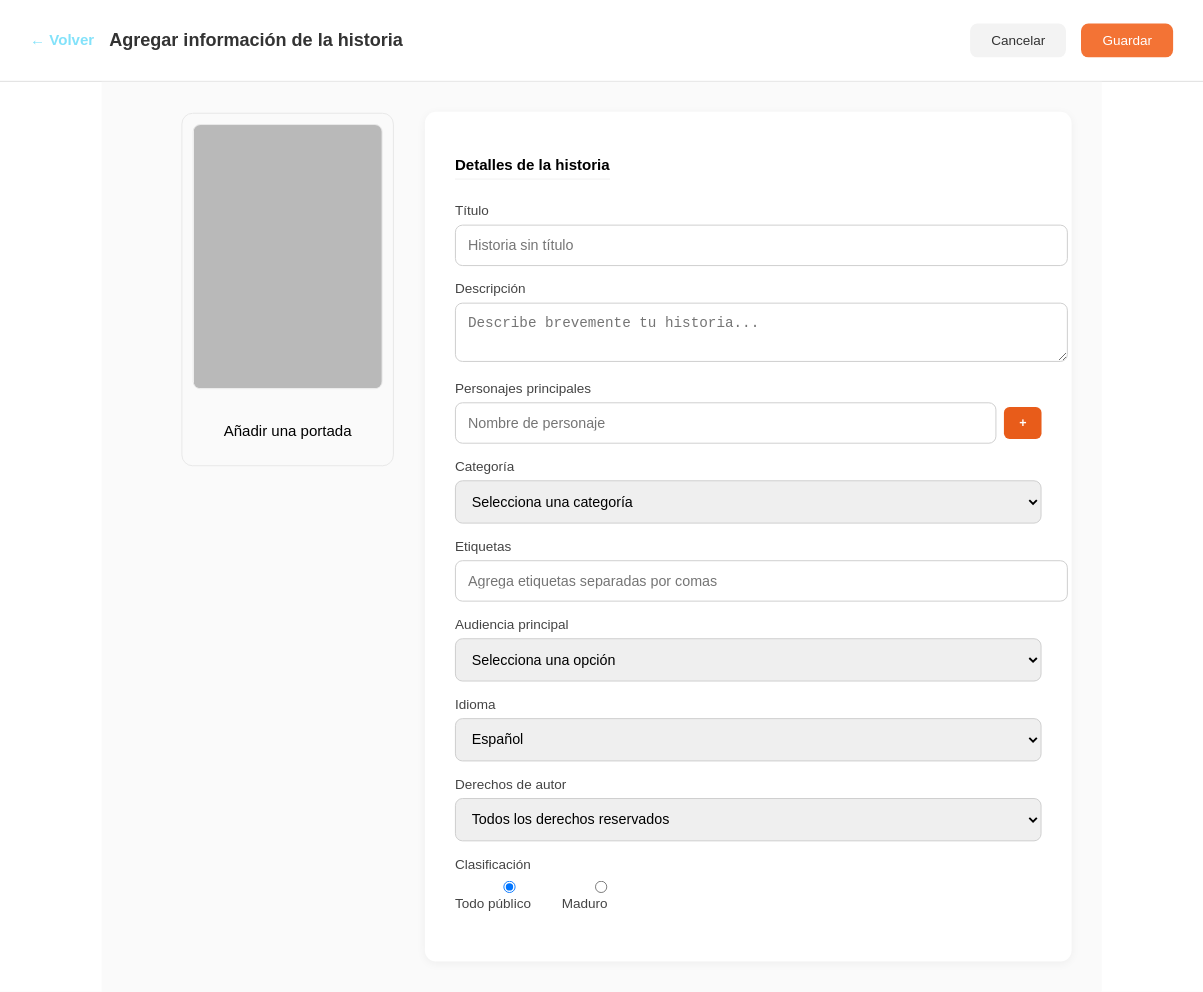
Repository: Mellowdarkl/willpig_studio
Page: .env/html_backup/indexCreti.html
These files come from the project's save history. The page is drawn as it stood at one moment and after the next save; the edit follows.
The browser window is 1280 px wide. The pictures show the whole page, at 94% of full size.
The pointer rests on the first visible `.btn-add`.
Pictures or frames that could not be fetched are drawn as grey boxes.

Above is the page before, as saved 2025-11-11 13:24:07.

### .env/html_backup/indexCreti.html
<!DOCTYPE html>
<html lang="es">
<head>
  <meta charset="UTF-8" />
  <meta name="viewport" content="width=device-width, initial-scale=1.0" />
  <title>Crear historia | Willpig Studio</title>
  <link rel="stylesheet" href="style1.2.css" />
  <link rel="icon" type="image/x-icon" href="/public/img/img.ico/logo.ico" />
</head>
<body>

  <!-- 🧭 Barra superior -->
  <header class="story-header">
    <div class="header-left">
      <a href="/" class="back-link">← Volver</a>
      <h2>Agregar información de la historia</h2>
    </div>

    <div class="header-actions">
      <button class="btn-canceler">Cancelar</button>
      <button class="btn-savever">Guardar</button>
    </div>
  </header>

  <!--  Contenedor principal -->
  <main class="new-storys">
    <!--  Lado izquierdo: portada -->
    <div class="story-cover">

    <div class="story-cover">
      <label for="portada" class="cover-box">
        <img src="/public/img/img.ico/image-icon.png" alt="" class="cover-icon">
        <p>Añadir una portada</p>
      </label>
        <input type="file" id="portada" accept="image/*" hidden>
    </div>


    <!--  Lado derecho: formulario -->
    <form class="story-form" action="/newstory" method="POST">
      <section class="story-details">
        <h3>Detalles de la historia</h3>

        <div class="form-group">
          <label for="titulo">Título</label>
          <input type="text" id="titulo" name="titulo" placeholder="Historia sin título" required>
        </div>

        <div class="form-group">
          <label for="descripcion">Descripción</label>
          <textarea id="descripcion" name="descripcion" placeholder="Describe brevemente tu historia..."></textarea>
        </div>

        <div class="form-group">
          <label for="personajes">Personajes principales</label>
          <div class="inline-group">
            <input type="text" id="personajes" name="personajes" placeholder="Nombre de personaje">
            <button type="button" class="btn-add">+</button>
          </div>
        </div>

        <div class="form-group">
          <label for="categoria">Categoría</label>
          <select id="categoria" name="categoria">
            <option value="">Selecciona una categoría</option>
            <option value="fantasia">Fantasía</option>
            <option value="romance">Romance</option>
            <option value="aventura">Aventura</option>
            <option value="drama">Drama</option>
            <option value="infantil">Infantil</option>
          </select>
        </div>

        <div class="form-group">
          <label for="etiquetas">Etiquetas</label>
          <input type="text" id="etiquetas" name="etiquetas" placeholder="Agrega etiquetas separadas por comas">
        </div>

        <div class="form-group">
          <label for="audiencia">Audiencia principal</label>
          <select id="audiencia" name="audiencia">
            <option value="">Selecciona una opción</option>
            <option value="general">General</option>
            <option value="adolescentes">Adolescentes</option>
            <option value="adultos">Adultos</option>
          </select>
        </div>

        <div class="form-group">
          <label for="idioma">Idioma</label>
          <select id="idioma" name="idioma">
            <option value="es">Español</option>
            <option value="en">Inglés</option>
          </select>
        </div>

        <div class="form-group">
          <label for="derechos">Derechos de autor</label>
          <select id="derechos" name="derechos">
            <option value="todos">Todos los derechos reservados</option>
            <option value="compartido">Uso compartido con créditos</option>
            <option value="libre">Dominio público</option>
          </select>
        </div>

        <div class="form-group">
          <label>Clasificación</label>
          <div class="inline-group">
            <label><input type="radio" name="clasificacion" value="todo" checked> Todo público</label>
            <label><input type="radio" name="clasificacion" value="maduro"> Maduro</label>
          </div>
        </div>
      </section>
    </form>
  </main>

</body>
<script>
  const input = document.getElementById("portada");
  const label = document.querySelector(".cover-box");

  input.addEventListener("change", function() {
    const file = this.files[0];
    if (file) {
      const imgURL = URL.createObjectURL(file);
      label.innerHTML = `<img src="${imgURL}" style="width:100%; height:100%; object-fit:cover; border-radius:12px;">`;
    }
  });
</script>
</html>

### .env/html_backup/style1.2.css
/*============================ Variables CSS ========================*/
:root {
  --orange: #94d5e6;
  --light-gray: #f5f5f5;
  --text-dark: #333;
  --text-light: #fff;
  --hover-bg: #ffe7d6;
  --transition: all 0.3s ease;
  --radius: 10px;
  font-family: 'Poppins', sans-serif;
}

/* === General === */
body {
  margin: 0;
  background: var(--light-gray);
  color: var(--text-dark);
}

/* 🌞 Modo claro por defecto */
body {
  background-color: rgb(22, 22, 22);
  color: rgb(250, 250, 250);
  transition: background-color 0.5s ease, color 0.5s ease;
}


body.dark-mode {
  background-color: #121212;
  color: #f0f0f0;
}
a {
  text-decoration: none;
  color: inherit;
}
a:hover {
  color: var(--orange);
}
/* === Navbar === */
.navbar {
  display: flex;
  align-items: center;
  justify-content: space-between;
  background-color: #99d6e0;
  padding: 8px 20px;
  font-family: 'Helvetica Neue', sans-serif;
  position: relative;
  top: 0;
  z-index: 10;
  height: 50px;
  box-sizing: border-box;
}

.logo-fig img {
  max-height: 58px; /* el logo nunca será más alto que esto */
  width: auto; /* mantiene proporción */
  object-fit: contain;
  margin-right: 1px;
  display: block; /* elimina efectos de línea base */
  align-items: left;
}

.logo {
  display: flex;
  align-items: center;
  cursor: pointer;
}

.logo-text {
  font-size: 20px;
  font-weight: 600;
  color: #0c2147;
  margin-left: 5px;
}

.search-bar {
  border-radius: 3px;
  padding: 9px 15px;
  border: none;
  width: 300px;
  outline: none;
  font-size: 14px;
  margin-right: 60%;
}

.S1mMa {
  width: 12px;
  height: 12px;
  margin-left: 4px;
  vertical-align: middle;
  margin-right: 0.5px;
  align-items: 14px;

}

.nav-actions {
  display: flex;
  align-items: center;
  gap: 0.1px;
}

/* Dropdown general */
.dropdown {
  position: relative;
}

.dropdown-trigger {
  display: flex;
  align-items: center;
  gap: 0.1px;
  cursor: pointer;
}

/* Botones */
.dropbtn {
  background: none;
  border: none;
  font-size: 14px;
  cursor: pointer;
  padding: 6px 6px;
  color: var(--text-dark);
  color: #121212;
}

/* Flechas */
.S1mMa {
  width: 12px;
  height: 12px;
  vertical-align: middle;
  margin-left: 2px;
}

/* Avatar */
.avatar-sm {
  width: 32px;
  height: 32px;
  border-radius: 50%;
  object-fit: cover;
}

/* Menú desplegable */
.dropdown-content {
  position: absolute;
  top: 100%;
  right: 0;
  background-color: white;
  display: none;
  flex-direction: column;
  box-shadow: 0 2px 8px rgba(0,0,0,0.15);
  z-index: 100;
  min-width: 160px;
}

/* Mostrar al pasar el cursor */
.dropdown:hover .dropdown-content {
  display: flex;
}

/* Contenedor general */
.dropdown.profile {
  position: relative;
  display: flex;
  align-items: center;
  cursor: pointer;
}

/* Avatar */
.avatar-sm {
  width: 32px;
  height: 32px;
  border-radius: 50%;
  object-fit: cover;
}

/* Flecha */
.S1mMa {
  width: 12px;
  height: 12px;
  margin-left: 2px;
  vertical-align: middle;
}

/* Menú desplegable */
.dropdown-content {
  position: absolute;
  top: 100%;
  right: 0;
  background-color: white;
  display: none;
  flex-direction: column;
  box-shadow: 0 2px 8px rgba(0,0,0,0.15);
  z-index: 100;
  min-width: 160px;
}

/* Mostrar al pasar el cursor por el avatar o flecha */
.dropdown.profile:hover .dropdown-content {
  display: flex;
}

/* Mostrar al pasar el cursor por el trigger */
.dropdown:hover .dropdown-content {
  display: flex;
}

.modo-btn {
  background: color(srgb rgb(230, 0, 0));
  border: none;
  font-size: 22px;
  cursor: pointer;
  transition: transform 0.2s ease;
}

.modo-btn:hover {
  transform: scale(1.2);
}

.nav-actions {
  display: flex;
  align-items: center;
  gap: 1rem;
}

.dropbtn {
  background: none;
  border: none;
  color: var(--text-light);
  font-weight: 500;
  cursor: pointer;
  padding: 0.1rem 0.5rem;
  position: static;
}

.dropdown-content {
  display: none;
  position: absolute;
  background: white;
  border-radius: var(--radius);
  box-shadow: 0 2px 10px rgba(0,0,0,0.1);
}

.dropdown:hover .dropdown-content {
  display: block;
}

.dropdown-content a {
  display: block;
  padding: 0.6rem 1rem;
  color: var(--text-dark);
  text-decoration: none;
}

.dropdown-content a:hover {
  background: var(--hover-bg);
}

/* === Carrusel === */
.hero-carousel {
  position: relative;
}

.carousel {
  display: flex;
  overflow: hidden;
}

.slide {
  min-width: 100%;
  position: relative;
  transform: opacity 5s ease-in-out;
}
.slide {
  display: block;
}

.carousel {
  position: relative;
  overflow: hidden;
}

.slide {
  display: none;
  width: 100%;
  transition: opacity 1s ease-in-out;
}

.slide.active {
  display: block;
}

.slide img {
  width: 100%;
  height: 450px;
  object-fit: cover;
}

.caption {
  position: absolute;
  bottom: 5cqb;
  left: 15px;button {
  border: none;
  border-radius: 25px; /* 🔸 más redondo */
  padding: 10px 25px;
  background-color: #5fa55a;
  color: rgb(255, 255, 255);
  font-weight: 600;
  cursor: pointer;
  transition: background-color 0.3s ease, transform 0.2s ease;
}

button:hover {
  background-color: #88cc50; /* color cálido al pasar el cursor */
  transform: scale(1.05);
}

  background: none;
  color: #f0f0f0;
  padding: 0.9rem;
  border-radius: var(--radius);

}

.carousel-controls {
  position: absolute;
  top: 50%;
  width: 100%;
  display: flex;
  justify-content: space-between;
}

.carousel-controls button {
  background: rgba(44, 44, 44, 0.5);
  color: white;
  border: none;
  font-size: 1rem;
  cursor: pointer;
  border-radius: 50%;
  padding: 0.5rem 1rem;
  position: relative;
}

/* === Secciones de historias === */
.stories-section {
  margin: 2rem;
  align-items: center;
}

.stories-section h2 {
  margin-bottom: 1rem;
  margin-left: 260px; /* leve desplazamiento visual para armonía */
  font-size: 1.5rem;
}

.stories-section {
  margin: 3rem auto;
  max-width: 90%; /* limita el ancho total para que el título y libros estén alineados */
}

.scroll-container {
  display: flex;
  flex-wrap: wrap; /* permite que los libros salten a otra línea si no caben */
  justify-content: center;
  gap: 1rem;
  padding: 10px;
  overflow-x: auto; /* mantiene el scroll si hay demasiados */
  box-sizing: border-box;
  padding: 0.8rem 10px 1rem 10px;
}

.story-card {
  flex: 1 1 150px; /*  permite adaptación dinámica */
  max-width: 180px; /*  evita que crezcan demasiado */
  min-width: 140px; /*  evita que se deformen en zoom alto */
  background: white;
  border-radius: var(--radius);
  box-shadow: 0 2px 5px rgba(0, 0, 0, 0.1);
  text-align: center;
  transition: var(--transition);
  background-color: #f5f5f5;
  color: #000000;
  transition: cubic-bezier(0.075, 0.82, 0.165, 1) all 0.3s;
}


.story-card img {
  width: 100%;
  height: auto;
  border-radius: var(--radius) var(--radius) 0 0;
  object-fit: cover;
  color: #000000;
}

.story-card:hover {
  transform: scale(1.05);
}

.story-card img {
  width: 100%;
  border-radius: var(--radius) var(--radius) 0 0;
  height: 220px;
  object-fit: cover;
}

.leer_story {
  margin-top: 10px;
  margin-bottom: 10px;
  border: none;
  border-radius: 15px; /* 🔸 más redondo */
  padding: 10px 25px;
  background-color: #5fa55a;
  color: rgb(255, 255, 255);
  font-weight: 600;
  cursor: pointer;
  transition: background-color 0.3s ease, transform 0.2s ease;
}
.leer_story:hover {
  background-color: #88cc50; /* color cálido al pasar el cursor */
  transform: scale(1.05);
}

.navbar:hover .dropbtn {
  color: var(--text-bright);
}
.story-card h3 {
  margin: 0.5rem 0;
  font-size: 1rem;
  color: var(--text-dark);
  color: #ffffff;
  transition: all 0.3s ease;
  background-color: #000000;
}
.scroll-btn {
  position: absolute;
  top: 35%;
  background: rgba(255,255,255,0.8);
  border: none;
  font-size: 1.5rem;
  cursor: pointer;
  border-radius: 50%;
  padding: 0.3rem 0.6rem;
  transition: var(--transition);
}

.scroll-btn:hover {
  background: var(--orange);
  color: rgb(201, 13, 13);
}

.scroll-btn.left { left: -5px; }
.scroll-btn.right { right: -5px; }

/* === Historia destacada === */
.featured-story {
  display: flex;
  margin: 3rem 2rem;
  background: white;
  border-radius: var(--radius);
  overflow: hidden;
  background-color: rgb(255, 255, 255);
  color: black;
  transition: background-color 0.5s ease, color 0.5s ease;
  border: #f0f0f0 1px solid;
}

.featured-story img {
  width: 50%;
  object-fit: cover;
}

.featured-story .info {
  padding: 2rem;
}

/* === Footer === */
footer {
  background: #ffffff;
  text-align: center;
  padding: 2rem;
  font-size: 0.9rem;
  color: #012464;
}

.footer-links {
  display: flex;
  justify-content: center;
  gap: 1.5rem;
  flex-wrap: wrap;
  margin-bottom: 0.8rem;

}

.footer-links a {
  color: #444;
  text-decoration: none;
}

.footer-links a:hover {
  text-decoration: underline;
}

.footer-links {
  padding: 0px 20px;
}

.footer-links {
  max-width: 600px;
  margin: 0 auto;
}

.scroll-container {
  display: flex;
  justify-content: center; /* Centra horizontalmente */
  align-items: center;     /* Centra verticalmente */
  flex-wrap: wrap;         /* Para que salten de línea si hay muchas */
  gap: 1.5rem;             /* Espaciado entre tarjetas */
  padding: 20px;
}

.theme-color {
  background: #99d6e0;
  border: none;
  color: var(--text-light);
  font-weight: 100;
  cursor: pointer;
}

body {
  background-color: white;
  color: black;
  transition: background-color 0.5s ease, color 0.5s ease;
}

body.dark-mode {
  background-color: black;
  color: white;
}
body.dark-mode .featured-story {
  background-color: #1c1c1c;
  color: #f0f0f0;
}
/*=======Final pagina principal======*/

/* ======= FORMULARIO DE REGISTRO ======= */
html, body {
  margin: 0;
  padding: 0;
}

.register-container-igm {
  display: flex;
  justify-content: center;
  align-items: center;
  height: 100vh;
  background-image: url('/public/img/img.ico/fondo_register.jpg'); /* ✅ sin /public */
  background-size: cover;
  background-position: center;
}

.logo-LTRA {
  position: absolute;
  top: 40px ;
  left: 460px;
}

.logo-LTRA img {
  height: 80px;
}

.register-card {
  background: rgba(255, 255, 255, 0.96);
  padding: 2.5rem;
  border-radius: 15px;
  box-shadow: 0 4px 20px rgba(0,0,0,0.20);
  width: 100%;
  max-width: 420px;
  text-align: center;
  backdrop-filter: blur(6px);
}

.register-card h1 {
  font-size: 1.8rem;
  margin-bottom: 1rem;
  color: var(--accent-color, #f39135);
}

.register-form .form-group {
  text-align: left;
  margin-bottom: 1.2rem;
}

.register-form input {
  width: 100%; /* ✅ ya no corta el ancho */
  padding: 0.8rem;
  border: 1px solid #ccc;
  border-radius: 8px;
  font-size: 1rem;
}

.register-form input:focus {
  border-color: var(--accent-color, #f39135);
  box-shadow: 0 0 4px rgba(243,115,53,0.3);
}

/* Botón */
.btn-register {
  background-color: #040225;
  color: white;
  border: none;
  width: 100%;
  padding: 0.9rem;
  border-radius: 10px;
  cursor: pointer;
}

.btn-register:hover {
  background-color: #3d3d3d;
}

/* Link de login */
.login-link a {
  color: #040225;
  font-weight: 600;
  text-decoration: none;
}

.login-link a:hover {
  text-decoration: underline;
}

/*=======Final formulario de registro======*/

/* ====== FORMULARIO DE LOGIN ====== */
main.loginIn-container .btn-loginIn {
  /* estilos aquí */
  .loginIn-container {
  display: flex;
  justify-content: center;
  align-items: center;

}
.loginPin-card {
  background: #fff;
  padding: 2.5rem;
  border-radius: 15px;
}
  box-shadow: 0 4px 20px rgba(0,0,0,0.08);
  width: 100%;
  max-width: 420px;
  text-align: center;


}
html, body {
  margin: 0;
  padding: 0;
}
.register-container {
  display: flex;
  justify-content: center;
  align-items: center;
  margin-left: auto;
  margin-right: 40vh;
}

.loginIn-container {
  display: flex;
  justify-content: center;
  align-items: center;
  height: 100vh;
  background-color: var(--background-color, #fff);
  left: 400vh;
}

.loginPin-card {
  background: #fff;
  padding: 2.5rem;
  border-radius: 15px;
  box-shadow: 0 4px 20px rgba(0,0,0,0.08);
  width: 100%;
  max-width: 420px;
  text-align: center;
  left: 400vh;
}

.loginPin-card h1 {
  font-size: 1.8rem;
  margin-bottom: 1rem;
  color: var(--accent-color, #f37335);
}

/* ====== LOGIN ESTILO POCKET ====== */
.login-pocketIN {
  display: flex;
  height: 100vh;
  background-color: #fff;
}

/* Lado izquierdo con imagen */
.login-visual {
  flex: 1;
  background-color: #fafafa;
  display: flex;
  justify-content: center;
  align-items: center;
  padding: 2rem;
}

.login-visual img {
  width: 90%;
  max-width: 600px;
  border-radius: 10px;
  box-shadow: 0 4px 30px rgba(0, 0, 0, 0.1);
}

/* Lado derecho con formulario */
.login-form-section {
  flex: 1;
  display: flex;
  justify-content: center;
  align-items: center;
  padding: 2rem;
}

.login-box {
  width: 90%;
  max-width: 400px;
  text-align: center;
}

.login-box h1 {
  color: var(--accent-color, #f39135);
  font-size: 1.8rem;
  margin-bottom: 3rem;
}

.login-box p {
  color: #666;
  margin-bottom: 1.5rem;
}

.form-login .form-group {
  text-align: left;
  margin-bottom: 1rem;
}

.form-login label {
  display: block;
  font-size: 0.9rem;
  color: #444;
  margin-bottom: 0.3rem;
}

.form-login input {
  width: 88%;
  padding: 0.8rem;
  border: 1px solid #ccc;
  border-radius: 8px;
  font-size: 1rem;
  outline: none;
  transition: 0.3s;
}

.form-login input:focus {
  border-color: var(--accent-color, #f37335);
  box-shadow: 0 0 5px rgba(243,115,53,0.3);
}

.btn-login-pocket {
  background-color: var(--accent-color, #070658);
  color: white;
  border: none;
  border-radius: 8px;
  width: 80%;
  padding: 0.9rem;
  font-size: 1rem;
  cursor: pointer;
  transition: background 0.3s ease;
}

.btn-login-pocket:hover {
  background-color: #303030;
}

.forgot {
  display: block;
  margin-top: 0.8rem;
  color: #1d1d1d;
  font-size: 1rem;
  text-decoration: none;
}

.divider {
  margin: 1.5rem 0;
  position: relative;
  text-align: center;
  color: #aaa;
}

.divider::before, .divider::after {
  content: "";
  position: absolute;
  top: 50%;
  width: 40%;
  height: 1px;
  background-color: #ddd;
}

.divider::before { left: 0; }
.divider::after { right: 0; }

.social-login {
  display: flex;
  flex-direction: column;
  gap: 0.7rem;
}

.social-btn {
  border: 1px solid #ddd;
  border-radius: 8px;
  padding: 0.8rem;
  background-color: #fff;
  cursor: pointer;
  transition: background 0.3s;
}

.social-btn:hover {
  background-color: #f8f8f8;
}

.google { color: #252525; }
/*
.telefono { color: #000; }
.facebook { color: #e66000; }
*/
social-btn google img {
  width: 20px;
  height: 20px;
  vertical-align: middle;
  margin-right: 12px;
  gap: 10px;
  padding: 0.5rem 1rem;
}
.register-text {
  margin-top: 1.5rem;
  font-size: 0.9rem;
}

.register-text a {
  color: var(--accent-color, #f37335);
  font-weight: 500;
  text-decoration: none;
}

.register-text a:hover {
  text-decoration: underline;
}

/* Responsivo */
@media (max-width: 850px) {
  .login-pocket {
    flex-direction: column;
    height: auto;
  }

  .login-visual {
    display: none;
  }

  .login-form-section {
    padding: 3rem 1rem;
  }
}

/* ====== OPCIONES EXTRA DEL LOGIN ====== */
.form-options {
  text-align: left;
  margin: 0.5rem 0 1rem;
  font-size: 0.9rem;
  color: #555;
}

.form-options input[type="checkbox"] {
  margin-right: 0.4rem;
  accent-color: var(--accent-color, #f37335);
}

/* ====== FORMULARIO DE NOTIFICACIÓN ====== */
.story-header {
  display: flex;
  justify-content: space-between;
  align-items: center;
  background: #fff;
  border-bottom: 1px solid #ddd;
  padding: 1rem 2rem;
}

.story-header .header-left {
  display: flex;
  align-items: center;
  gap: 1rem;
}

.story-header h2 {
  font-size: 1.2rem;
  color: #333;
}

.back-link {
  color: var(--accent-color, #83e2fa);
  text-decoration: none;
  font-weight: bold;
}

.header-actions {
  display: flex;
  gap: 1rem;
}

.btn-canceler, .btn-savever {
  padding: 0.6rem 1.4rem;
  border-radius: 8px;
  font-size: 0.9rem;
  border: none;
  cursor: pointer;
  transition: 0.3s;
}

.btn-canceler {
  background: #f3f3f3;
  color: #333;
}

.btn-canceler:hover { background: #e5e5e5; }

.btn-savever {
  background: var(--accent-color, #f37335);
  color: white;
}

.btn-savever:hover { background: #e85c1a; }

/* Layout general */
.new-storys {
  display: flex;
  padding: 2rem;
  gap: 2rem;
  background: #fafafa;
  margin: auto;
  max-width: 1000px;
}


/* Portada */
.story-cover {
  flex: 1;
  display: flex;
  justify-content: center;
  align-items: flex-start;
}

.cover-box {
  text-align: center;
  position: relative;
  left: 10px;
  top: 1px;
  border: 0.1px solid #e7e7e7;
  padding: 0.7rem;
  border-radius: 12px;
  box-shadow: 0 2px 10px rgba(255, 255, 255, 0.1);
}

.story-cover {
  width: 200px;
  display: flex;
  justify-content: center;
}
/*
.cover-box {
  width: 56%;
  height: 300px;
  background: #ededed;
  border-radius: 7px;
  border: 1px dashed #e9e9e9;
  display: flex;
  flex-direction: column;
  justify-content: center;
  align-items: center;
  color: #b3b3b3;
  cursor: pointer;
}
*/
.cover-box:hover {
  border-color: var(--accent-color, #e7e7e7);
  background: #fafafa;
}

.cover-icon {
  width: 20px;
  opacity: 0.7;
}


.coverPreview {
  margin-bottom: 1rem;
  position: absolute 0;
  top: 0;
  left: 0;
}

.btn-upload- {
  display: none;
  position: relative;
  top: 0;
  left: 0;
  z-index: 1;
}
.cover-box img {
  width: 200px;
  height: 280px;
  border: 1px solid #ddd;
  border-radius: 8px;
  object-fit: cover;
  margin-bottom: 1rem;
}

.btn-upload {
  background: #f3f3f3;
  border-radius: 8px;
  padding: 0.6rem 1rem;
  cursor: pointer;
  color: #333;
  font-size: 0.9rem;
}

.btn-upload:hover {
  background: #e5e5e5;
}

/* Formulario */
.story-form {
  flex: 2;
  background: #fff;
  padding: 2rem;
  border-radius: 12px;
  box-shadow: 0 2px 10px rgba(0,0,0,0.05);
}

.story-details h3 {
  font-size: 1rem;
  margin-bottom: 1.6rem;
  border-bottom: 1px solid var(--accent-color, #f0f0f0);
  display: inline-block;
  padding-bottom: 0.3rem;
}

.form-group {
  margin-bottom: 1rem;
}

.form-group label {
  display: block;
  margin-bottom: 0.4rem;
  font-size: 0.9rem;
  color: #444;
}

.form-group input,
.form-group textarea,
.form-group select {
  width: 100%;
  padding: 0.8rem;
  border: 1px solid #ccc;
  border-radius: 8px;
  font-size: 0.95rem;
  outline: none;
}

.inline-group {
  display: flex;
  gap: 0.5rem;
  align-items: center;
}

.btn-add {
  padding: 0.6rem 1rem;
  background: var(--accent-color, #83e2fa);
  border: none;
  color: #fff;
  border-radius: 6px;
  cursor: pointer;
  font-weight: bold;
}

.btn-add:hover {
  background: #e85c1a;
}

/* Responsivo */
@media (max-width: 900px) {
  .new-story {
    flex-direction: column;
    padding: 1rem;
  }

  .story-form {
    padding: 1.5rem;
  }
}

After the next save:
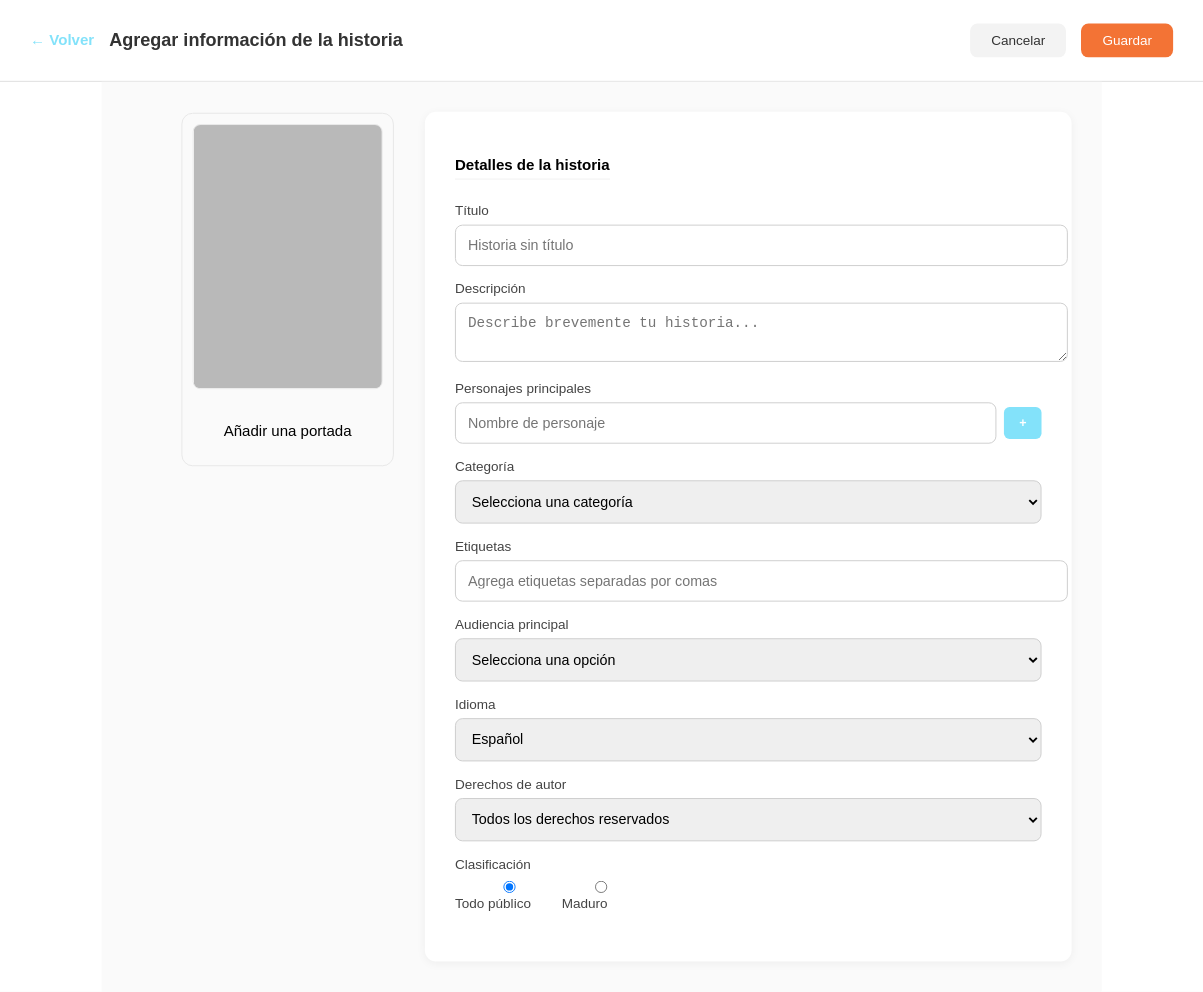
Saved 10 s later.
--- a/.env/html_backup/style1.2.css
+++ b/.env/html_backup/style1.2.css
@@ -1092,7 +1092,7 @@ social-btn google img {
 }
 
 .btn-add:hover {
-  background: #e85c1a;
+  background: #83e2fa;
 }
 
 /* Responsivo */
